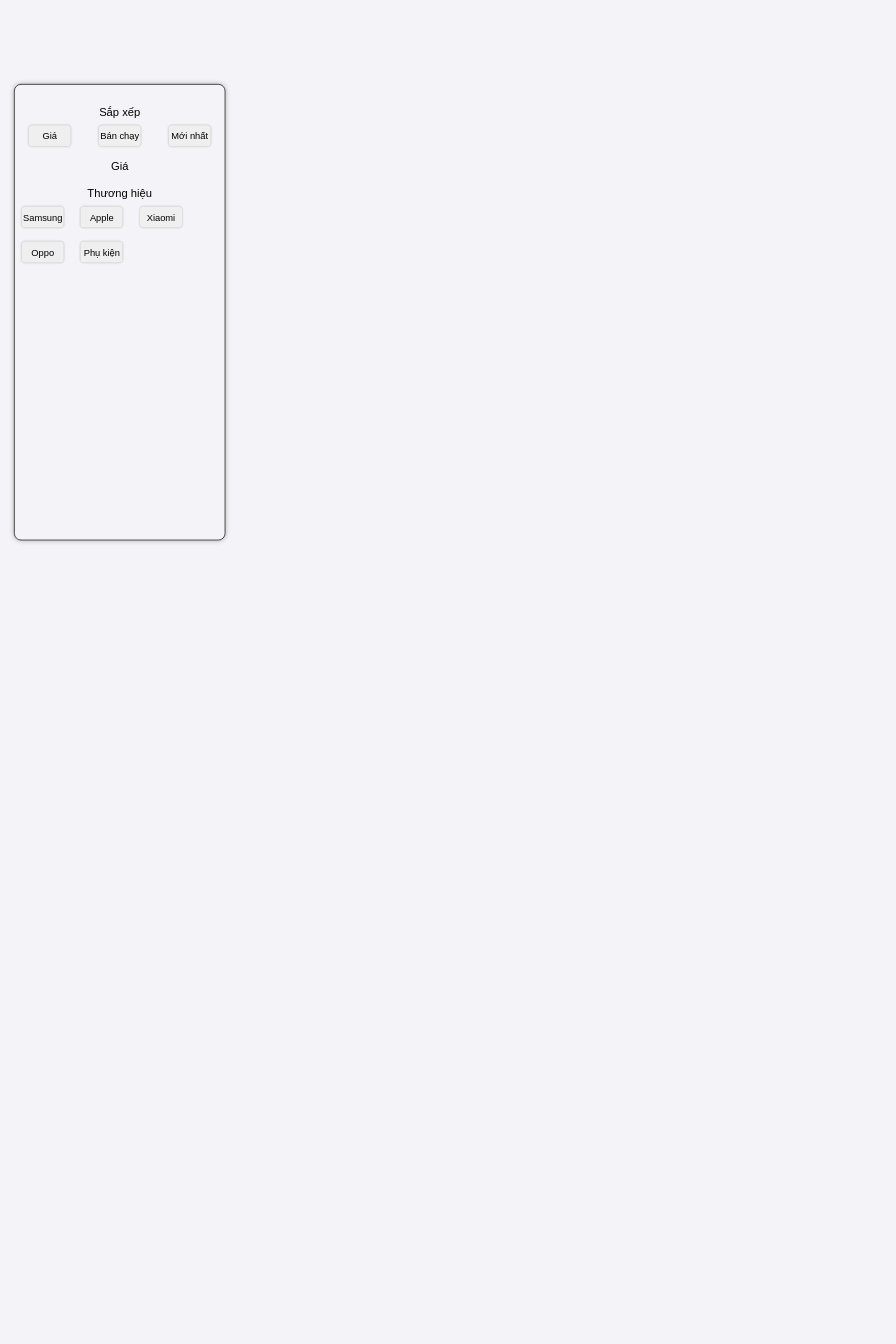
Repository: TrungSonQNIT2k4/ZENTECH
Page: showsp.html
The author's editor kept a copy of each file at every save. The page is drawn from the files as they stood at one save, then again after a run of saves.
The browser window is 1280 px wide. The pictures show the whole page, at 70% of full size.
Some web fonts or font styles are not loaded; a fallback is used.

Above is the page before, as saved 2024-11-22 21:34:58.

After the next 2 saves:
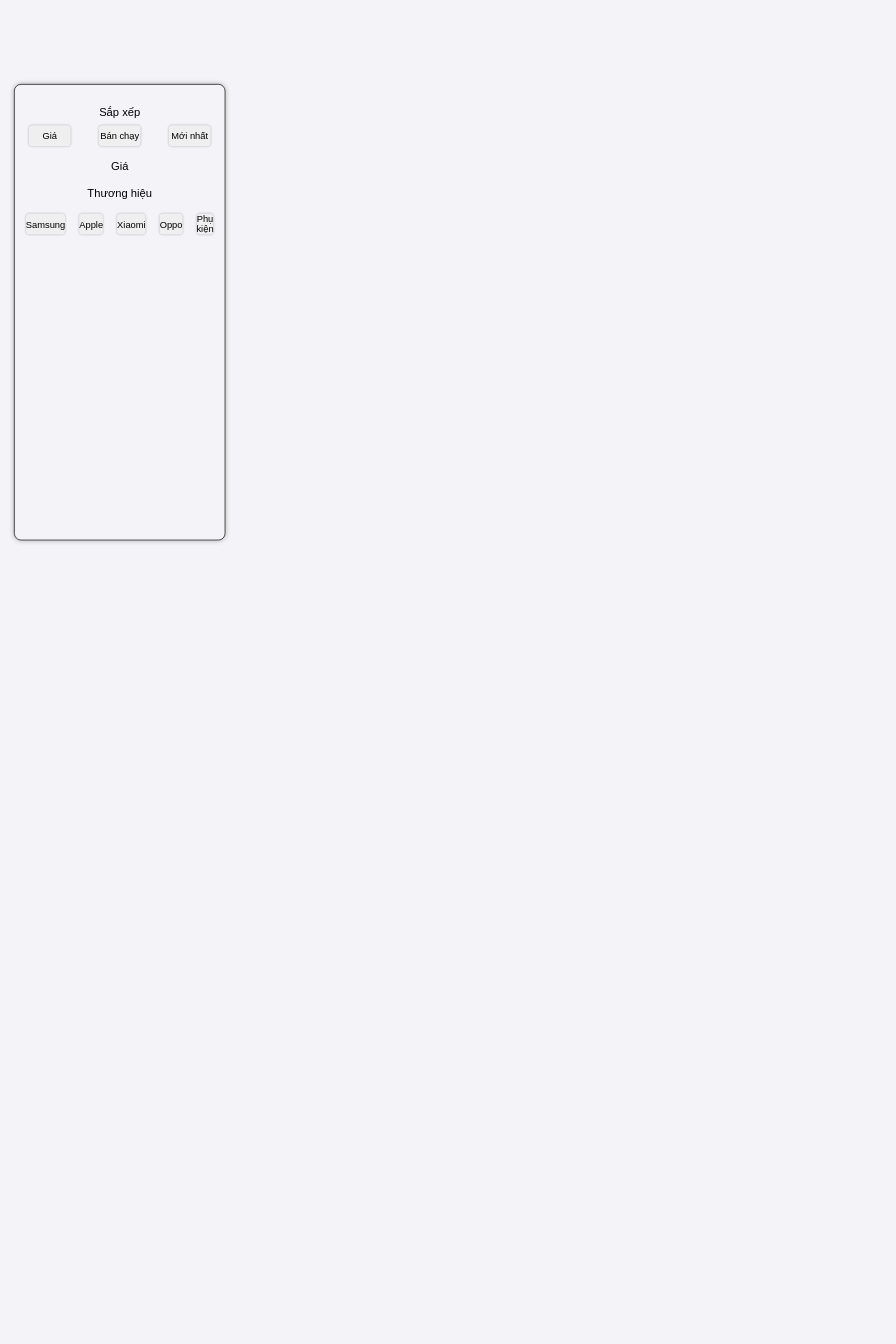
The 2 saves are shown as one change because they came seconds apart.
The last was saved 9 s later.
--- a/style.css
+++ b/style.css
@@ -363,7 +363,7 @@
 }
 .Brand_tools{
   margin: 10px;
-  display: contents;
+  display: flex;
   justify-content: center;
 }
 .Brand_tools button{
